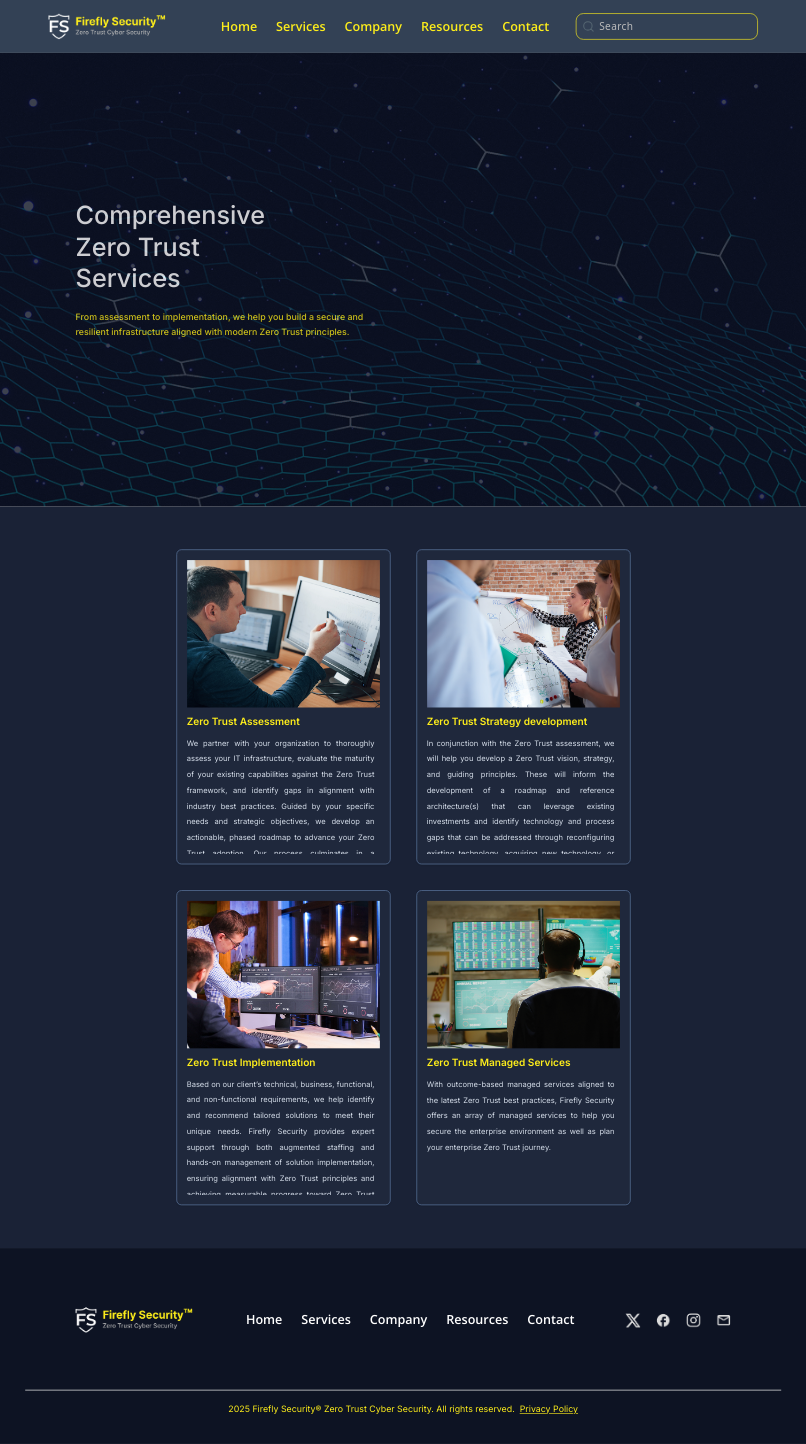
Repository: MAsif804/firefly-security
Page: /services
These files come from the project's save history. The page is drawn as it stood at one moment and after the next save; the edit follows.
The browser window is 1280 px wide. The pictures show the whole page, at 63% of full size.
The project was rebuilt for these pictures with package versions that can differ from the ones it lists, and the page was loaded fresh each time. Also part of the build but not shown: vite.config.ts, src/components/ui/button.tsx, src/components/landing/hero.tsx, src/components/landing/zero-trust.tsx, src/components/landing/zero-tenants.tsx, src/components/landing/benefite.tsx, src/components/landing/approach.tsx, src/components/landing/get-touch.tsx and 14 more.

Above is the page before, as saved 2025-08-02 11:10:28.

### index.html
<!DOCTYPE html>
<html lang="en">
  <head>
    <meta charset="UTF-8" />
    <link rel="icon" type="image/svg+xml" href="/logo.png" />
    <meta name="viewport" content="width=device-width, initial-scale=1.0" />
    <link rel="preconnect" href="https://fonts.googleapis.com" />
    <link rel="preconnect" href="https://fonts.gstatic.com" crossorigin />
    <link rel="preconnect" href="https://fonts.googleapis.com" />
    <link rel="preconnect" href="https://fonts.gstatic.com" crossorigin />
    <link
      href="https://fonts.googleapis.com/css2?family=Inter:ital,opsz,wght@0,14..32,100..900;1,14..32,100..900&family=Manrope:wght@200..800&family=Open+Sans:ital,wght@0,300..800;1,300..800&family=Plus+Jakarta+Sans:ital,wght@0,200..800;1,200..800&family=Roboto:ital,wght@0,100..900;1,100..900&display=swap"
      rel="stylesheet"
    />
    <title>Firefly Security</title>
  </head>
  <body>
    <div id="root"></div>
    <script type="module" src="/src/main.tsx"></script>
  </body>
</html>

### src/App.tsx
import { BrowserRouter, Route, Routes } from "react-router-dom";
import Footer from "./components/ui/footer";
import Header from "./components/ui/header";
import LandingPage from "./pages/landing";
import Services from "./pages/services";
import Company from "./pages/company";
import ResourcesPage from "./pages/resources";
import Contact from "./pages/contact";

const App = () => {
  return (
    <>
      <Header />
      <BrowserRouter>
        <Routes>
          <Route path="/" element={<LandingPage />} />
          <Route path="/services" element={<Services />} />
          <Route path="/company" element={<Company />} />
          <Route path="/resources" element={<ResourcesPage />} />
          <Route path="/contact" element={<Contact />} />
        </Routes>
      </BrowserRouter>
      <Footer />
    </>
  );
};

export default App;

### src/components/ui/footer.tsx


import { useState } from "react";

const Footer = () => {
  const [isMobileMenuOpen, setIsMobileMenuOpen] = useState(false);

  return (
    <footer className="flex w-full max-w-[1440px] mx-auto items-center justify-center pt-10 sm:pt-14 md:pt-[60px] lg:pt-[80px] pb-8 sm:pb-10 md:pb-[35px] lg:pb-[45px] px-4 sm:px-6 md:px-[30px] lg:px-[40px] bg-[#0D1323]">
      <div className="flex w-full items-center flex-col gap-8 sm:gap-12 md:gap-[50px] lg:gap-[77px]">
        {/* Footer Top Section */}
        <div className="flex w-full flex-col md:flex-row px-0 sm:px-6 md:px-[20px] lg:px-[40px] xl:px-[80px] items-center justify-between gap-8 md:gap-0">
          {/* Logo */}
          <div className="flex items-center gap-2 sm:gap-[10px] w-auto sm:w-[192px]">
            <img src="/logo.png" alt="Firefly Security Logo" className="w-[28px] sm:w-[33px] h-[35px] sm:h-[40px] aspect-[33/40]" />
            <img src="/logo-text.png" alt="Firefly Security" className="w-[120px] sm:w-[142px]" />
          </div>

          {/* Mobile Menu Toggle */}
          <button
            className="md:hidden flex flex-col justify-center items-center p-2 rounded-md text-white hover:text-[#FDED1B] focus:outline-none"
            onClick={() => setIsMobileMenuOpen(!isMobileMenuOpen)}
            aria-label="Toggle footer menu"
          >
            {isMobileMenuOpen ? "Close Menu" : "Menu & Social"}
          </button>

          {/* Navigation and Social Icons - Desktop */}
          <div className="hidden md:flex items-center gap-6 lg:gap-[40px] xl:gap-[80px]">
            <ul className="flex py-4 md:py-[20px] items-center gap-3 md:gap-4 lg:gap-[20px] xl:gap-[30px]">
              <a href="/">
                <li className="cursor-pointer hover:text-[#FDED1B] data-[state=active]:text-[#FDED1B] text-white font-Open text-base sm:text-lg lg:text-[18px] xl:text-[20px] font-semibold">Home</li>
              </a>
              <a href="/services">
                <li className="cursor-pointer hover:text-[#FDED1B] data-[state=active]:text-[#FDED1B] text-white font-Open text-base sm:text-lg lg:text-[18px] xl:text-[20px] font-semibold">Services</li>
              </a>
              <a href="/company">
                <li className="cursor-pointer hover:text-[#FDED1B] data-[state=active]:text-[#FDED1B] text-white font-Open text-base sm:text-lg lg:text-[18px] xl:text-[20px] font-semibold">Company</li>
              </a>
              <a href="/resources">
                <li className="cursor-pointer hover:text-[#FDED1B] data-[state=active]:text-[#FDED1B] text-white font-Open text-base sm:text-lg lg:text-[18px] xl:text-[20px] font-semibold">Resources</li>
              </a>
              <a href="/contact">
                <li className="cursor-pointer hover:text-[#FDED1B] data-[state=active]:text-[#FDED1B] text-white font-Open text-base sm:text-lg lg:text-[18px] xl:text-[20px] font-semibold">Contact</li>
              </a>
            </ul>
            <div className="flex items-center gap-4 sm:gap-[24px]">
              <a href="#" aria-label="Twitter">
                <img src="/twitter.png" alt="Twitter" className="w-5 h-5 sm:w-[24px] sm:h-[24px] aspect-square hover:opacity-80" />
              </a>
              <a href="#" aria-label="Facebook">
                <img src="/facebook.png" alt="Facebook" className="w-5 h-5 sm:w-[24px] sm:h-[24px] aspect-square hover:opacity-80" />
              </a>
              <a href="#" aria-label="Instagram">
                <img src="/instagram.png" alt="Instagram" className="w-5 h-5 sm:w-[24px] sm:h-[24px] aspect-square hover:opacity-80" />
              </a>
              <a href="#" aria-label="Mail">
                <img src="/mail.png" alt="Mail" className="w-5 h-5 sm:w-[24px] sm:h-[24px] aspect-square hover:opacity-80" />
              </a>
            </div>
          </div>

          {/* Mobile Navigation and Social Icons */}
          {isMobileMenuOpen && (
            <div className="md:hidden w-full flex flex-col items-center gap-6">
              <ul className="flex flex-col w-full items-center gap-4 py-4">
                <a href="/" className="w-full text-center">
                  <li className="cursor-pointer hover:text-[#FDED1B] data-[state=active]:text-[#FDED1B] text-white font-Open text-lg font-semibold py-2">Home</li>
                </a>
                <a href="/services" className="w-full text-center">
                  <li className="cursor-pointer hover:text-[#FDED1B] data-[state=active]:text-[#FDED1B] text-white font-Open text-lg font-semibold py-2">Services</li>
                </a>
                <a href="/company" className="w-full text-center">
                  <li className="cursor-pointer hover:text-[#FDED1B] data-[state=active]:text-[#FDED1B] text-white font-Open text-lg font-semibold py-2">Company</li>
                </a>
                <a href="/resources" className="w-full text-center">
                  <li className="cursor-pointer hover:text-[#FDED1B] data-[state=active]:text-[#FDED1B] text-white font-Open text-lg font-semibold py-2">Resources</li>
                </a>
                <a href="/contact" className="w-full text-center">
                  <li className="cursor-pointer hover:text-[#FDED1B] data-[state=active]:text-[#FDED1B] text-white font-Open text-lg font-semibold py-2">Contact</li>
                </a>
              </ul>
              <div className="flex items-center justify-center gap-6 py-4">
                <a href="#" aria-label="Twitter">
                  <img src="/twitter.png" alt="Twitter" className="w-6 h-6 aspect-square hover:opacity-80" />
                </a>
                <a href="#" aria-label="Facebook">
                  <img src="/facebook.png" alt="Facebook" className="w-6 h-6 aspect-square hover:opacity-80" />
                </a>
                <a href="#" aria-label="Instagram">
                  <img src="/instagram.png" alt="Instagram" className="w-6 h-6 aspect-square hover:opacity-80" />
                </a>
                <a href="#" aria-label="Mail">
                  <img src="/mail.png" alt="Mail" className="w-6 h-6 aspect-square hover:opacity-80" />
                </a>
              </div>
            </div>
          )}
        </div>

        {/* Footer Bottom Section */}
        <div className="flex w-full flex-col items-center gap-4 sm:gap-[20px]">
          <hr className="w-full bg-[#3E4550] h-[1px]"/>
          <p className="text-[#FDED1B] font-Inter text-xs sm:text-[14px] font-normal leading-normal sm:leading-[20px] text-center px-4">
            2025 Firefly Security® Zero Trust Cyber Security. All rights reserved. {""}
            <span className="text-[#FDED1B] font-Inter text-xs sm:text-[14px] underline font-normal leading-normal sm:leading-[20px] cursor-pointer hover:text-[#FDED1B] ml-1">Privacy Policy</span>
          </p>
        </div>
      </div>
    </footer>
  )
};

export default Footer;

### src/components/ui/header.tsx
import { cn } from "@/lib/utils";


const Header = () => {
  return (
    <nav className="flex w-full max-w-[1440px]  mx-auto items-center justify-center py-[7px] px-[77px] bg-[#334155]">
      <div className="flex  w-full items-center justify-between">
        <div className="flex items-center gap-[10px] w-[192px]">
          <img src="/logo.png" alt="" className="w-[33px] h-[40px] aspect-[33/40]" />
          <img src="/logo-text.png" alt="" className="w-[142px] " />
        </div>
        <div className="flex items-center gap-[42px]">
          <ul className="flex py-[20px] items-center gap-[30px]">
            <a href="/">
              <li className="cursor-pointer hover:text-white data-[state=active]:text-white text-[#FDED1B] font-Open text-[20px] font-semibold ">Home</li>
            </a>
            <a href="/services">
              <li className="cursor-pointer hover:text-white data-[state=active]:text-white text-[#FDED1B] font-Open text-[20px] font-semibold ">Services</li>
            </a>
            <a href="/company">
              <li className="cursor-pointer hover:text-white data-[state=active]:text-white text-[#FDED1B] font-Open text-[20px] font-semibold ">Company</li>
            </a>
            <a href="/resources">
              <li className="cursor-pointer hover:text-white data-[state=active]:text-white text-[#FDED1B] font-Open text-[20px] font-semibold ">Resources</li>
            </a>
            <a href="/contact">
              <li className="cursor-pointer hover:text-white data-[state=active]:text-white text-[#FDED1B] font-Open text-[20px] font-semibold ">Contact</li>
            </a>
          </ul>
          <div className="relative flex h-[42px] w-full flex-col items-center gap-[12px]">
            <input
              placeholder="Search"

              className={cn(
                "w-full h-[42px] px-[20px] py-[10px] pl-[2.25rem] placeholder:text-[16px]",
                " placeholder:text-[#BCBCBC] rounded-[12px] border border-[#FDED1B]",
                "font-poppins bg-transparent text-[16px]/normal font-normal not-italic text-[#BCBCBC]",
                "tracking-[0.64px] focus-visible:ring-none focus-visible:ring-0"
              )}
            />
            <svg
              className="absolute left-2.5 top-1/2 h-5 w-5 -translate-y-1/2 text-[#BCBCBC]"
              xmlns="http://www.w3.org/2000/svg"
              width="20"
              height="20"
              viewBox="0 0 20 20"
              fill="none"
            >
              <path
                d="M17.5 17.5L13.875 13.875M15.8333 9.16667C15.8333 12.8486 12.8486 15.8333 9.16667 15.8333C5.48477 15.8333 2.5 12.8486 2.5 9.16667C2.5 5.48477 5.48477 2.5 9.16667 2.5C12.8486 2.5 15.8333 5.48477 15.8333 9.16667Z"
                stroke="#546571"
                strokeWidth="1.66667"
                strokeLinecap="round"
                strokeLinejoin="round"
              />
            </svg>
          </div>
        </div>
      </div>
    </nav>
  );
};

export default Header;

### src/pages/services.tsx
import ZeroTenants from "@/components/services/zero-tenants";
import Hero from "@/components/services/hero";

const Services = () => {
    return (
        <div>
            <Hero/>
            <ZeroTenants/>
        </div>
    );
};
export default Services;

### src/components/services/zero-tenants.tsx

import { Card } from "@/components/ui/card";
const  tenants =[
  {
    id:1,
    title:"Zero Trust Assessment",
    description:"We partner with your organization to thoroughly assess your IT infrastructure, evaluate the maturity of your existing capabilities against the Zero Trust framework, and identify gaps in alignment with industry best practices. Guided by your specific needs and strategic objectives, we develop an actionable, phased roadmap to advance your Zero Trust adoption. Our process culminates in a comprehensive report detailing compliance gaps, current status, and prioritized recommendations to help you achieve a secure, Zero Trust-aligned environment..",
    image:"/services-1.png",

},
{
  id:2,
  title:"Zero Trust Strategy development",
  description:"In conjunction with the Zero Trust assessment, we will help you develop a Zero Trust vision, strategy, and guiding principles. These will inform the development of a roadmap and reference architecture(s) that can leverage existing investments and identify technology and process gaps that can be addressed through reconfiguring existing technology, acquiring new technology, or inheriting the functionality from an underlying provider. Our process will and define the implementation and integration of modernized controls to help you address gaps and enhance Zero Trust maturity.",
  image:"/services-2.png",
},
{
  id:3,
  title:"Zero Trust Implementation",
  description:"Based on our client’s technical, business, functional, and non-functional requirements, we help identify and recommend tailored solutions to meet their unique needs. Firefly Security provides expert support through both augmented staffing and hands-on management of solution implementation, ensuring alignment with Zero Trust principles and achieving measurable progress toward Zero Trust compliance",
  image:"/services-3.png",
},
{
  id:4,
  title:"Zero Trust Managed Services",
  description:"With outcome-based managed services aligned to the latest Zero Trust best practices, Firefly Security offers an array of managed services to help you secure the enterprise environment as well as plan your enterprise Zero Trust journey.",
  image:"/serices-4.png",
},

]



const ZeroTenants = () => {
  return (
    <section className="flex w-full max-w-[1440px] mx-auto px-4 sm:px-6 md:px-10 lg:px-[88px] py-8 sm:py-10 md:py-[60px] justify-center items-center bg-[#1A2236]">
      <div className="flex w-full flex-col items-start gap-6 sm:gap-8 md:gap-[37px]">
        <div className="flex w-full items-center justify-center gap-4 sm:gap-5 md:gap-[25px] flex-wrap">
          {tenants.map((item) => (
            <Card key={item.id} className="flex w-[340px] h-[500px] flex-col p-4 items-start gap-3 rounded-[8px] border border-[#6380A9] bg-[#33415533] m-2">
            <img src={item.image} alt={`${item.title} service`} className="w-full h-[250px] object-cover" />
            <h6 className="text-[#FDED1B] font-Inter text-[16px] font-semibold leading-[20px]">
              {item.title}
            </h6>
            <p className="text-[#D6DEEA] text-justify font-Inter text-[12px] leading-[25px] font-normal h-[200px] overflow-y-auto pr-2">
              {item.description}
            </p>
          </Card>
         ))}

        </div>
      </div>
    </section>
  );
};

export default ZeroTenants;

### src/components/services/hero.tsx

const Hero = () => {
  return (
    <section className="relative w-full min-h-[500px] h-screen flex items-center bg-[#0D1323] overflow-hidden">
      {/* Background pattern */}
      <div className="absolute inset-0 bg-[#1E293BB2] opacity-20"
           style={{
             backgroundImage: `url("/hero.png")`,
             backgroundSize: "cover",
             backgroundPosition: "center",
           }}
      />
      <div className="px-4 sm:px-6 md:px-10 lg:px-[88px] w-full max-w-[1440px] mx-auto">
        <div className="w-full max-w-[320px] sm:max-w-[350px] md:max-w-[390px] px-0 sm:px-4 md:pl-8 mx-auto text-center lg:text-left lg:mx-0">
          <h1 className="text-xl sm:text-2xl md:text-3xl lg:text-[40px] font-Inter font-medium text-white leading-normal md:leading-relaxed lg:leading-[50px] mb-3 sm:mb-4 md:mb-6">
            Comprehensive Zero Trust Services
          </h1>

        </div>
        <p className="text-xs sm:text-sm md:text-[14px] w-full max-w-full sm:max-w-[400px] md:max-w-[560px] px-0 sm:px-4 md:pl-8 font-medium font-Inter leading-normal sm:leading-6 text-[#FDED1B] mb-5 sm:mb-6 md:mb-8 mx-auto lg:mx-0 text-center lg:text-left">
          From assessment to implementation, we help you build a secure and resilient infrastructure aligned with modern Zero Trust principles.
        </p>
      </div>
    </section>
  );
};

export default Hero;

### src/components/ui/card.tsx
import * as React from "react"

import { cn } from "@/lib/utils"

const Card = React.forwardRef<
  HTMLDivElement,
  React.HTMLAttributes<HTMLDivElement>
>(({ className, ...props }, ref) => (
  <div
    ref={ref}
    className={cn(
      "rounded-xl border bg-card text-card-foreground shadow",
      className
    )}
    {...props}
  />
))
Card.displayName = "Card"

const CardHeader = React.forwardRef<
  HTMLDivElement,
  React.HTMLAttributes<HTMLDivElement>
>(({ className, ...props }, ref) => (
  <div
    ref={ref}
    className={cn("flex flex-col space-y-1.5 p-6", className)}
    {...props}
  />
))
CardHeader.displayName = "CardHeader"

const CardTitle = React.forwardRef<
  HTMLDivElement,
  React.HTMLAttributes<HTMLDivElement>
>(({ className, ...props }, ref) => (
  <div
    ref={ref}
    className={cn("font-semibold leading-none tracking-tight", className)}
    {...props}
  />
))
CardTitle.displayName = "CardTitle"

const CardDescription = React.forwardRef<
  HTMLDivElement,
  React.HTMLAttributes<HTMLDivElement>
>(({ className, ...props }, ref) => (
  <div
    ref={ref}
    className={cn("text-sm text-muted-foreground", className)}
    {...props}
  />
))
CardDescription.displayName = "CardDescription"

const CardContent = React.forwardRef<
  HTMLDivElement,
  React.HTMLAttributes<HTMLDivElement>
>(({ className, ...props }, ref) => (
  <div ref={ref} className={cn("p-6 pt-0", className)} {...props} />
))
CardContent.displayName = "CardContent"

const CardFooter = React.forwardRef<
  HTMLDivElement,
  React.HTMLAttributes<HTMLDivElement>
>(({ className, ...props }, ref) => (
  <div
    ref={ref}
    className={cn("flex items-center p-6 pt-0", className)}
    {...props}
  />
))
CardFooter.displayName = "CardFooter"

export { Card, CardHeader, CardFooter, CardTitle, CardDescription, CardContent }

### tailwind.config.js
/** @type {import('tailwindcss').Config} */
export default {
  darkMode: ["class"],
  content: ["./index.html", "./src/**/*.{js,ts,jsx,tsx}"],
  theme: {
    extend: {
      borderRadius: {
        lg: "var(--radius)",
        md: "calc(var(--radius) - 2px)",
        sm: "calc(var(--radius) - 4px)",
      },
      colors: {
        background: "hsl(var(--background))",
        foreground: "hsl(var(--foreground))",
        card: {
          DEFAULT: "hsl(var(--card))",
          foreground: "hsl(var(--card-foreground))",
        },
        popover: {
          DEFAULT: "hsl(var(--popover))",
          foreground: "hsl(var(--popover-foreground))",
        },
        primary: {
          DEFAULT: "hsl(var(--primary))",
          foreground: "hsl(var(--primary-foreground))",
        },
        secondary: {
          DEFAULT: "hsl(var(--secondary))",
          foreground: "hsl(var(--secondary-foreground))",
        },
        muted: {
          DEFAULT: "hsl(var(--muted))",
          foreground: "hsl(var(--muted-foreground))",
        },
        accent: {
          DEFAULT: "hsl(var(--accent))",
          foreground: "hsl(var(--accent-foreground))",
        },
        destructive: {
          DEFAULT: "hsl(var(--destructive))",
          foreground: "hsl(var(--destructive-foreground))",
        },
        border: "hsl(var(--border))",
        input: "hsl(var(--input))",
        ring: "hsl(var(--ring))",
        chart: {
          1: "hsl(var(--chart-1))",
          2: "hsl(var(--chart-2))",
          3: "hsl(var(--chart-3))",
          4: "hsl(var(--chart-4))",
          5: "hsl(var(--chart-5))",
        },
      },
      backgroundColor: {
        theme: {
          DEFAULT:
            "linear-gradient(90deg, rgba(23, 65, 46, 0.63) 0%, rgba(23, 65, 46, 0.57) 100%)",
        },
      },
	  fontFamily:{
		Inter:"Inter",
		Manrope:"Manrope",
		Open:"Open Sans",
		Roboto:"Roboto",
		PlusJakarta:"Plus Jakarta Sans"
	  },
    },
  },
  plugins: [require("tailwindcss-animate")],
};

Loaded but not shown: src/main.tsx (common file); src/index.css (common file); src/lib/utils.ts (common file)

After the next save:
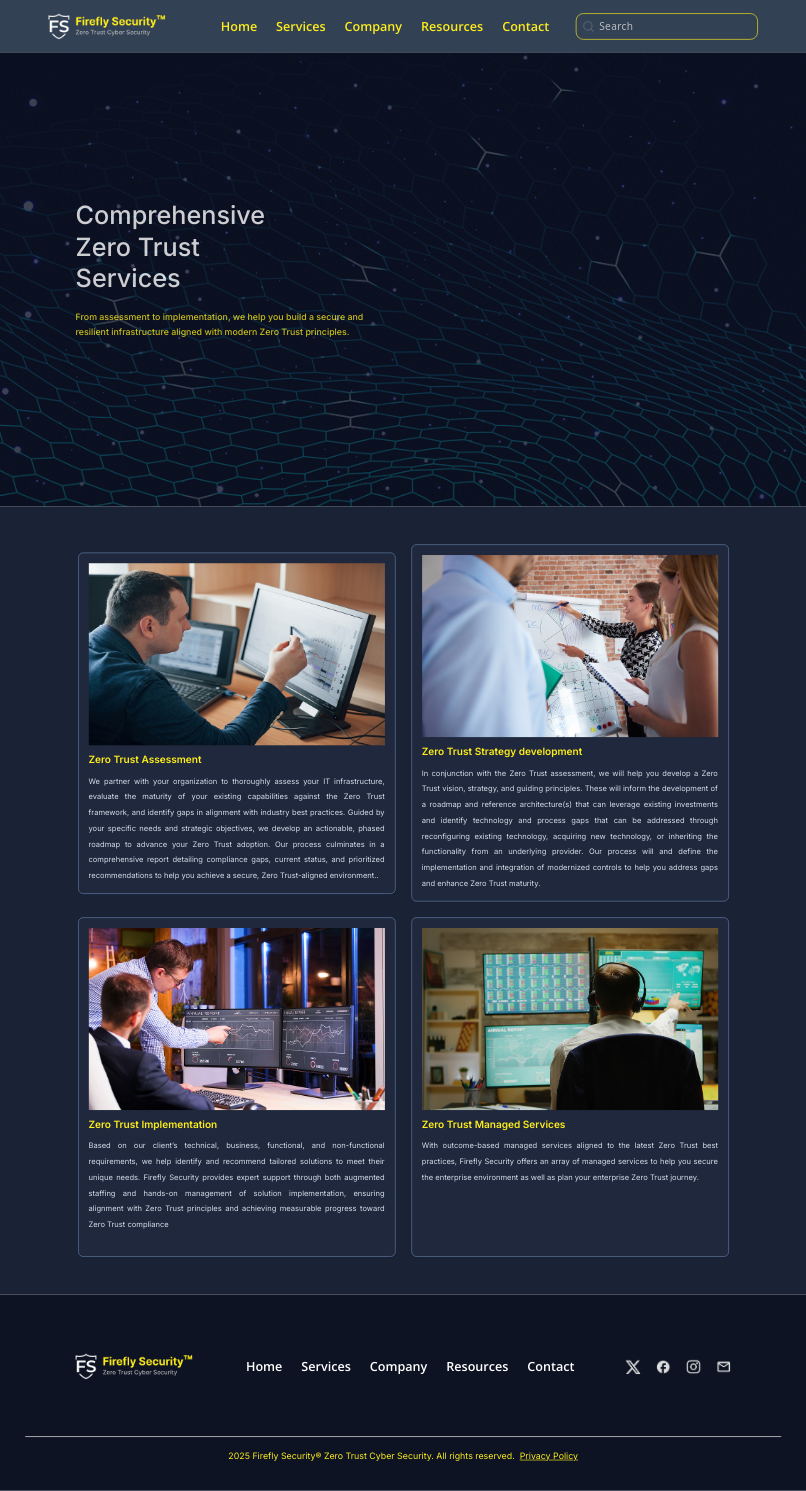
Saved 63 s later.
--- a/src/components/services/zero-tenants.tsx
+++ b/src/components/services/zero-tenants.tsx
@@ -37,12 +37,12 @@ const ZeroTenants = () => {
       <div className="flex w-full flex-col items-start gap-6 sm:gap-8 md:gap-[37px]">
         <div className="flex w-full items-center justify-center gap-4 sm:gap-5 md:gap-[25px] flex-wrap">
           {tenants.map((item) => (
-            <Card key={item.id} className="flex w-[340px] h-[500px] flex-col p-4 items-start gap-3 rounded-[8px] border border-[#6380A9] bg-[#33415533] m-2">
-            <img src={item.image} alt={`${item.title} service`} className="w-full h-[250px] object-cover" />
-            <h6 className="text-[#FDED1B] font-Inter text-[16px] font-semibold leading-[20px]">
+            <Card key={item.id} className="flex w-full sm:w-[calc(50%-24px)] lg:w-[calc(50%-48px)] h-auto min-h-[300px] sm:min-h-[400px] md:min-h-[539px] flex-col p-3 sm:p-4 items-start gap-2 sm:gap-3 md:gap-[12px] rounded-[8px] border border-[#6380A9] bg-[#33415533]">
+            <img src={item.image} alt={`${item.title} service`} className="w-full h-auto sm:h-[200px] md:h-[250px] lg:h-[289px] object-cover" />
+            <h6 className="text-[#FDED1B] font-Inter text-sm sm:text-[14px] md:text-[16px] font-semibold leading-tight sm:leading-[20px]">
               {item.title}
             </h6>
-            <p className="text-[#D6DEEA] text-justify font-Inter text-[12px] leading-[25px] font-normal h-[200px] overflow-y-auto pr-2">
+            <p className="text-[#D6DEEA] text-left sm:text-justify font-Inter text-xs sm:text-[12px] leading-relaxed sm:leading-[25px] font-normal">
               {item.description}
             </p>
           </Card>
